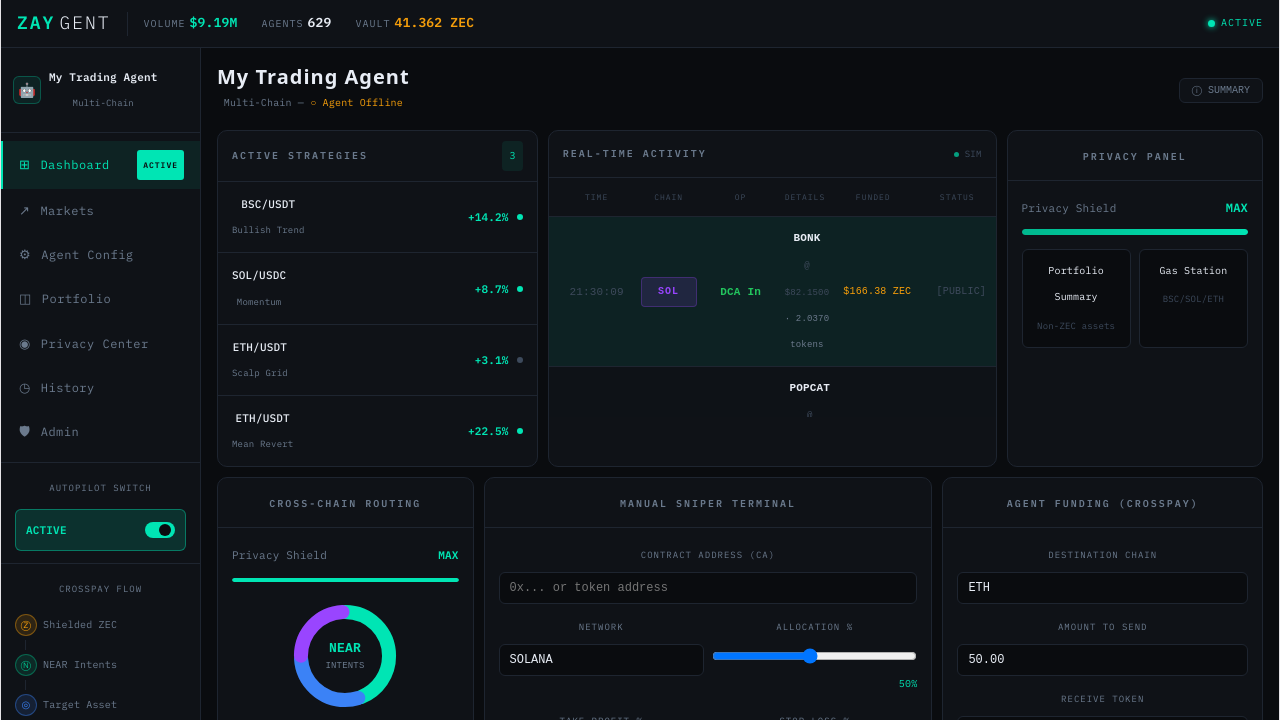
Repository: joshuaonazi/ZayAgent
Page: / (app in zaygent/)
These files come from the project's save history. The page is drawn as it stood at one moment and after the next save; the edit follows.
The browser window is 1280 px wide. The pictures show the whole page.
The page's requests for data from a server got no answer. An inner scrolling area shows only its first screen. The project was rebuilt for these pictures with package versions that can differ from the ones it lists, and the page was loaded fresh each time. No one was signed in, and anything a server would have sent is missing. Also part of the build but not shown: zaygent/vite.config.js, zaygent/src/components/StatCard.jsx, zaygent/src/pages/Markets.jsx, zaygent/src/pages/AgentConfig.jsx, zaygent/src/components/PnLCard.jsx, zaygent/src/components/PnLCardModal.jsx, zaygent/src/hooks/useAgentPositions.js, zaygent/src/pages/Portfolio.jsx and 3 more.

Above is the page before, as saved 2026-06-19 22:46:21.

After the next save:
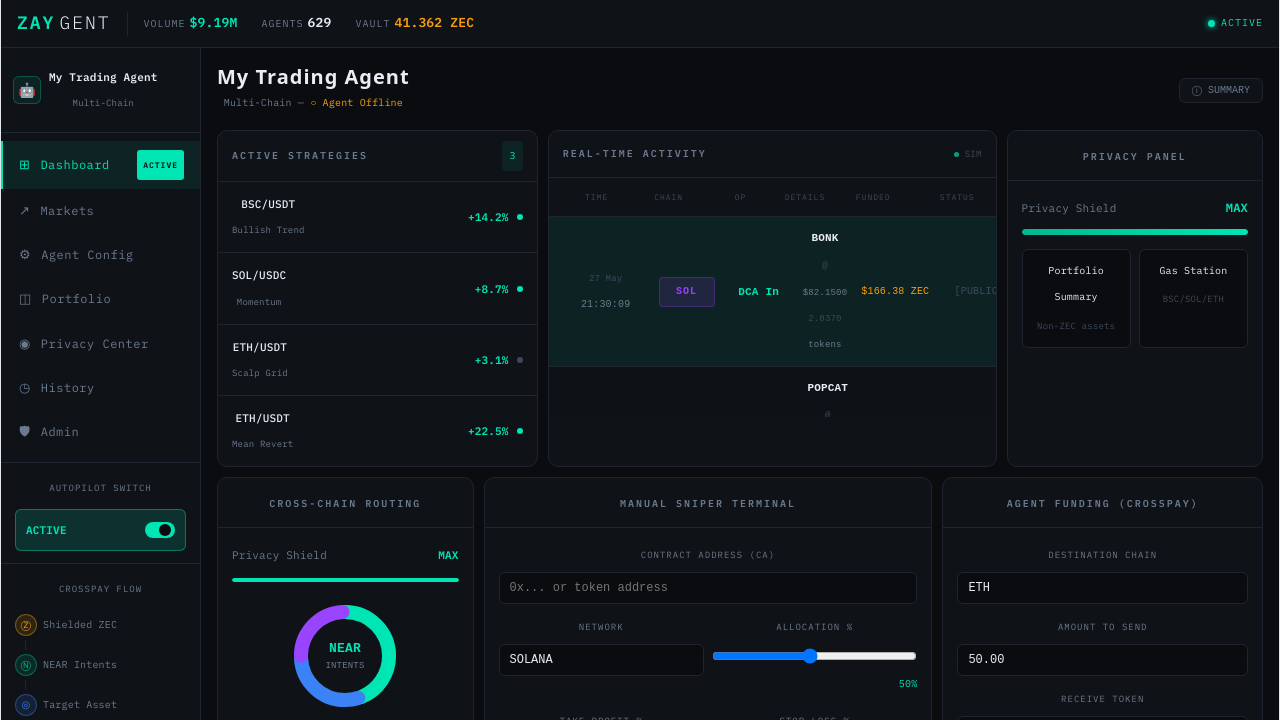
Saved 13 min 31 s later.
--- a/zaygent/src/components/ActivityRow.jsx
+++ b/zaygent/src/components/ActivityRow.jsx
@@ -13,10 +13,22 @@ export default function ActivityRow({ item, fresh }) {
     return n < 0.01 ? `$${n.toFixed(6)}` : `$${n.toFixed(4)}`;
   };
 
+  const formatAmount = (a) => {
+    if (!a || a === "—") return "—";
+    const n = parseFloat(a);
+    if (isNaN(n)) return "—";
+    return n > 1000 ? `${n.toFixed(2)}` : `${n.toFixed(4)}`;
+  };
+
+  // Format date and time from item.ts or current time
+  const now       = new Date();
+  const dateStr   = now.toLocaleDateString("en-GB", { day: "2-digit", month: "short" });
+  const timeStr   = item.ts || now.toTimeString().slice(0, 8);
+
   return (
     <div style={{
       display: "grid",
-      gridTemplateColumns: "72px 56px 72px 1fr 80px 72px",
+      gridTemplateColumns: "90px 56px 72px 1fr 80px 72px",
       gap: 8,
       padding: "8px 12px",
       borderBottom: `1px solid ${COLORS.border}`,
@@ -26,43 +38,62 @@ export default function ActivityRow({ item, fresh }) {
       background: fresh ? COLORS.tealFaint : "transparent",
       transition: "background 1s ease",
     }}>
-      <span style={{ color: COLORS.textMuted }}>{item.ts}</span>
+
+      {/* Date / Time */}
+      <div>
+        <div style={{ fontSize: 9, color: COLORS.textMuted }}>{dateStr}</div>
+        <div style={{ fontSize: 10, color: COLORS.textSecondary }}>{timeStr}</div>
+      </div>
+
+      {/* Chain */}
       <Badge chain={item.chain} />
+
+      {/* Operation */}
       <span style={{
-        color: isSold ? COLORS.red : isHolding ? COLORS.amber : isBought ? COLORS.green : COLORS.textMuted,
+        color:      isSold ? COLORS.green : isHolding ? COLORS.amber : COLORS.teal,
         fontWeight: 600,
       }}>
         {item.op}
       </span>
 
-      {/* Details column */}
-      <div style={{ display: "flex", flexDirection: "column", gap: 2 }}>
-        <span style={{ color: COLORS.textPrimary, fontWeight: 600 }}>
+      {/* Details */}
+      <div>
+        <div style={{ color: COLORS.textPrimary, fontWeight: 600, marginBottom: 2 }}>
           {(item.token || "").trim()}
-        </span>
+        </div>
+        {isBought && (
+          <>
+            <div style={{ fontSize: 9, color: COLORS.textMuted }}>
+              @ <span style={{ color: COLORS.textSecondary }}>{formatPrice(item.price)}</span>
+            </div>
+            <div style={{ fontSize: 9, color: COLORS.textMuted }}>
+              {formatAmount(item.amount)} <span style={{ color: COLORS.textSecondary }}>tokens</span>
+            </div>
+          </>
+        )}
+        {isSold && (
+          <>
+            <div style={{ fontSize: 9, color: COLORS.textMuted }}>
+              @ <span style={{ color: COLORS.textSecondary }}>{formatPrice(item.price)}</span>
+            </div>
+            {item.pnl && (
+              <div style={{ fontSize: 9, fontWeight: 700, color: item.pnl?.startsWith("+") ? COLORS.green : COLORS.red }}>
+                {item.pnl}
+              </div>
+            )}
+          </>
+        )}
         {isHolding && (
-          <span style={{ fontSize: 9, color: COLORS.textMuted }}>
-            PnL:{" "}
-            <span style={{ color: item.pnl?.startsWith("+") ? COLORS.green : COLORS.red, fontWeight: 700 }}>
-              {item.pnl || "—"}
-            </span>
-            {item.currentPrice !== "—" && item.currentPrice && (
-              <span style={{ color: COLORS.textMuted }}> · now {formatPrice(item.currentPrice)}</span>
+          <>
+            <div style={{ fontSize: 9, color: COLORS.textMuted }}>
+              now <span style={{ color: COLORS.textSecondary }}>{formatPrice(item.currentPrice)}</span>
+            </div>
+            {item.pnl && (
+              <div style={{ fontSize: 9, fontWeight: 700, color: item.pnl?.startsWith("+") ? COLORS.green : COLORS.red }}>
+                {item.pnl}
+              </div>
             )}
-          </span>
-        )}
-        {(isBought || isSold) && (
-          <span style={{ fontSize: 9, color: COLORS.textMuted }}>
-            @ {formatPrice(item.price)}
-            {item.amount && item.amount !== "—" && (
-              <span style={{ color: COLORS.textSecondary }}> · {parseFloat(item.amount).toFixed(4)} tokens</span>
-            )}
-          </span>
-        )}
-        {isSold && item.pnl && (
-          <span style={{ fontSize: 9, fontWeight: 700, color: item.pnl?.startsWith("+") ? COLORS.green : COLORS.red }}>
-            {item.pnl}
-          </span>
+          </>
         )}
       </div>
 
@@ -71,6 +102,7 @@ export default function ActivityRow({ item, fresh }) {
         {item.zec && item.zec !== "—" ? `$${item.zec} ZEC` : "—"}
       </span>
 
+      {/* Shield status */}
       {item.shielded
         ? <span style={{ color: COLORS.teal,      fontSize: 10, fontWeight: 700 }}>[SHIELDED]</span>
         : <span style={{ color: COLORS.textMuted, fontSize: 10 }}>[PUBLIC]</span>
